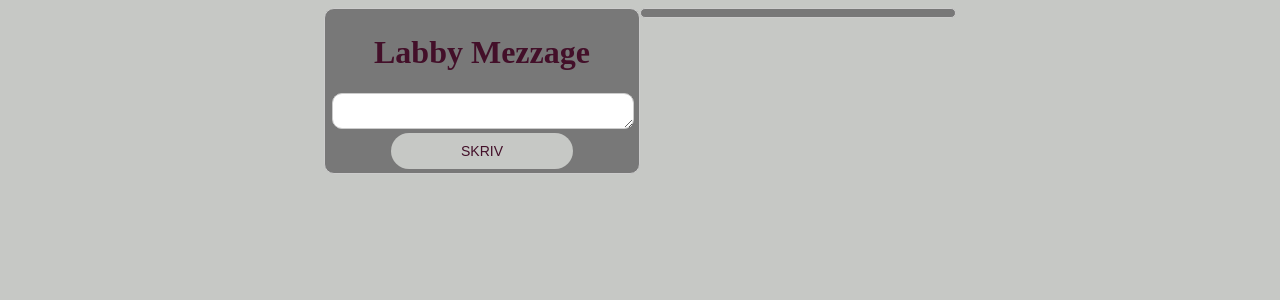
Repository: Angamanga/1dv403-laborationer
Page: 2-labbymezzage/index.html
The author's editor kept a record of every edit. The page is drawn from the files as they stood at one moment, then again after the next edit.
The browser window is 1280 px wide. The pictures show the whole page.
Some web fonts or font styles are not loaded; a fallback is used.

Above is the page before.
Console error: TypeError: MessageBoard.createBoard is not a function

After the next edit:
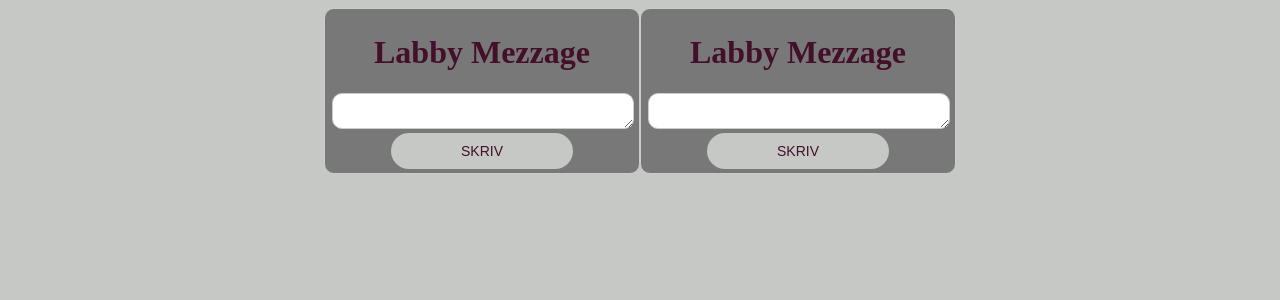
The error is gone.
The edit:
--- a/2-labbymezzage/js/MessageBoard.js
+++ b/2-labbymezzage/js/MessageBoard.js
@@ -162,5 +162,5 @@
 
 
      MessageBoard.prototype.init = function(){
-     MessageBoard.createBoard();
+     this.createBoard();
          };
